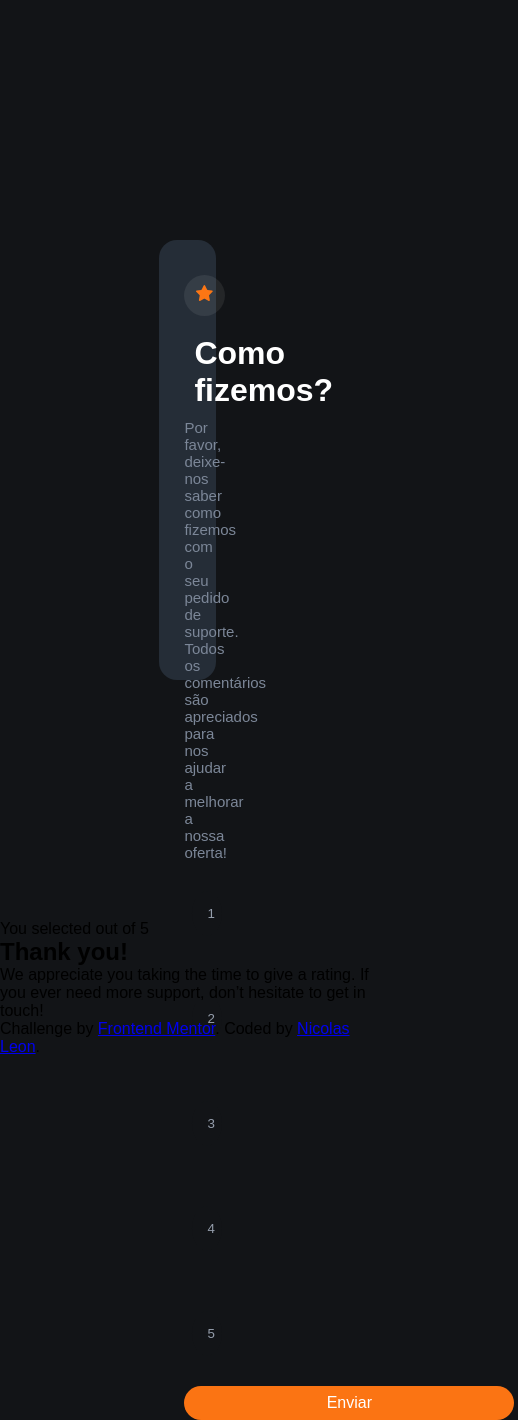
Repository: Leonngc/projeto-avaliacao
Page: index.html
The author's editor kept a copy of each file at every save. The page is drawn from the files as they stood at one save, then again after a run of saves.
The browser window is 375 px wide. The page is 514 px wide, then 518 px, so the pictures cover 518 px, including what lies to the right of the window. The pictures show the whole page.

Above is the page before, as saved 2023-01-26 11:57:07.

After the next 7 saves:
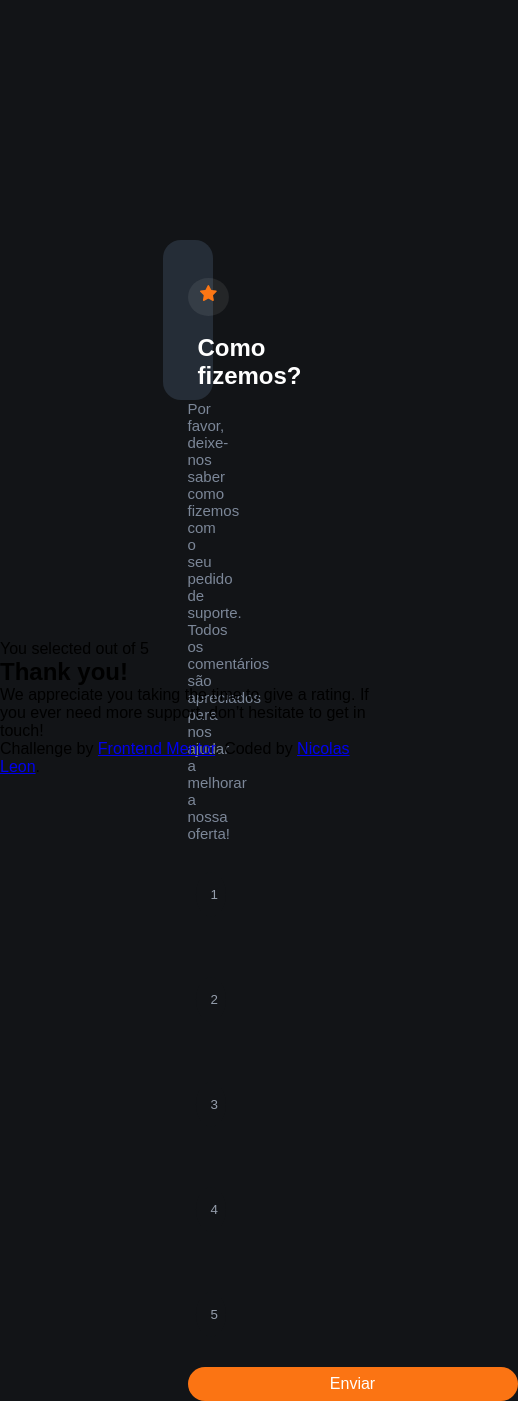
The 7 saves are shown as one change because they came seconds apart.
The last was saved 26 s later.
--- a/styles/style.css
+++ b/styles/style.css
@@ -86,6 +86,8 @@ span > img{
 
 @media screen and (max-width:600px){
     #avaliation-form{
-        width: 15vw;
+        width: 10vw;
+        height: 20vh;
+        font-size: 12px;
     }
 }
